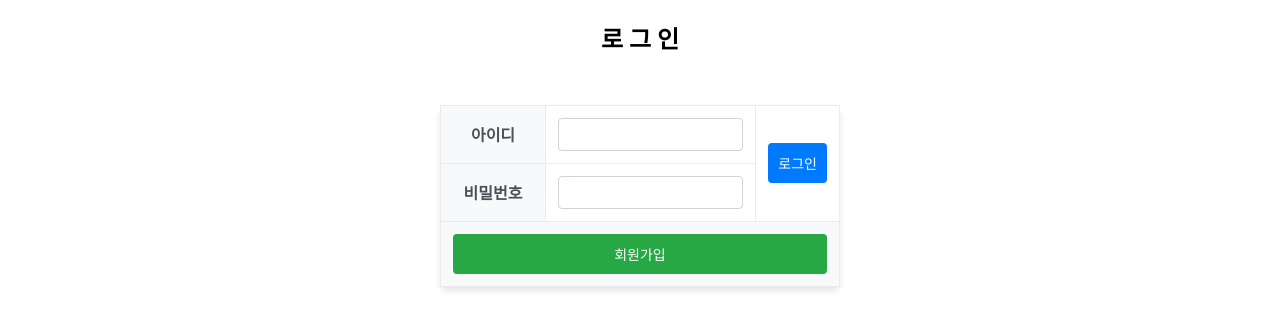
Repository: 1plus1equals3-true/Board-temp
Page: http://localhost/jsp/member/Login.jsp
The author's editor kept a copy of each file at every save. The page is drawn from the files as they stood at one save, then again after the next save.
The browser window is 1280 px wide. The pictures show the whole page.
The page is served by Tomcat 9.

Above is the page before, as saved 2025-09-10 07:35:37.

After the next save:
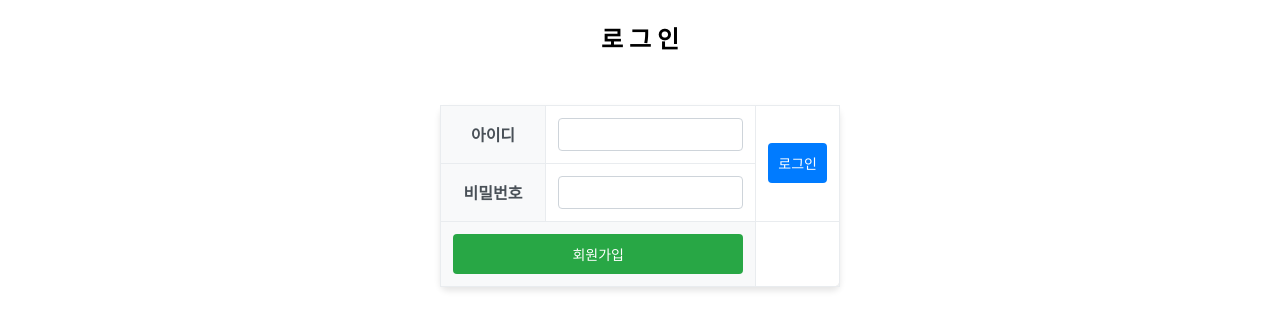
Saved 35 s later.
--- a/jsp/src/main/webapp/member/Login.jsp
+++ b/jsp/src/main/webapp/member/Login.jsp
@@ -108,8 +108,8 @@
 
 		<tr>
 
-		<td colspan="3"><a href="Join.jsp"><button type="button" class="btn-join">회원가입</button></a></td>
-
+		<td colspan="2"><a href="Join.jsp"><button type="button" class="btn-join">회원가입</button></a></td>
+		<td></td>
 
 		</tr>
 
